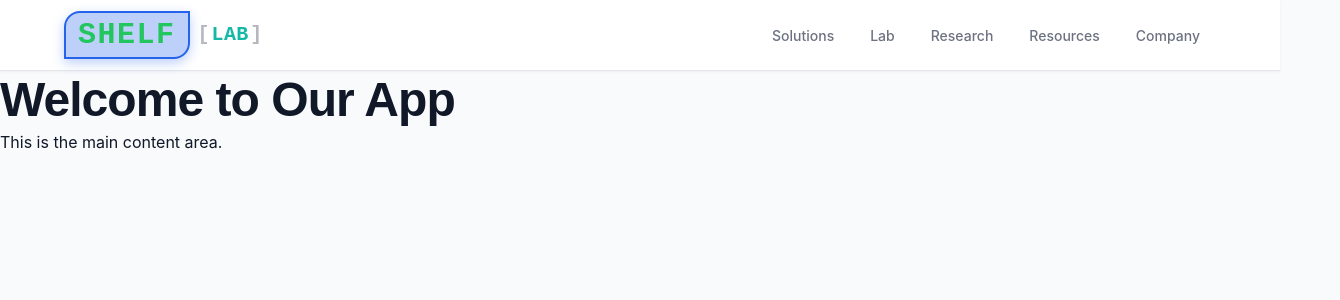
Repository: VladimirGagarin/shelf
Page: /
These files come from the project's save history. The page is drawn as it stood at one moment and after a run of saves; the edit follows.
The browser window is 1280 px wide. The page is 1340 px wide, so the pictures cover 1340 px, including what lies to the right of the window. The pictures show the whole page.
The project was rebuilt for these pictures with package versions that can differ from the ones it lists, and the page was loaded fresh each time. Also part of the build but not shown: vite.config.js, src/App.css, src/About/about.jsx.

Above is the page before, as saved 2026-07-13 18:42:21.

### index.html
<!doctype html>
<html lang="en">
  <head>
    <meta charset="UTF-8" />
    <link rel="icon" type="image/svg+xml" href="/favicon.svg" />
    <meta name="viewport" content="width=device-width, initial-scale=1.0" />
    <title>shelf-lab</title>
  </head>
  <body>
    <div id="root"></div>
    <script type="module" src="/src/main.jsx"></script>
  </body>
</html>

### src/main.jsx
import { StrictMode } from 'react'
import { createRoot } from 'react-dom/client'
import './index.css'
import App from './App.jsx'
import { createBrowserRouter, RouterProvider } from "react-router-dom";
import AboutPage from './About/about.jsx'

const router = createBrowserRouter([
  {
    path: "/",
    element: <App />,
  },
  {
    path: "/about",
    element: <AboutPage />,
  },
  {
    path:"*",
    element: <App/>,
  }
]);

createRoot(document.getElementById('root')).render(
  <StrictMode>
    <RouterProvider router={router} />
  </StrictMode>,
)

### src/index.css
/* ========================================
   CSS VARIABLES & THEME
   ======================================== */

:root {
  /* ===== COLORS ===== */
  /* Backgrounds */
  --bg-primary: #F8FAFC;
  --bg-surface: #FFFFFF;
  --bg-card: #FFFFFF;

  /* Primary */
  --color-primary: #2563EB;
  --color-primary-hover: #1D4ED8;

  /* Accent */
  --color-accent: #14B8A6;

  /* Text */
  --color-text: #111827;
  --color-text-secondary: #6B7280;

  /* Borders */
  --color-border: #E5E7EB;

  /* Status */
  --color-success: #22C55E;
  --color-warning: #F59E0B;
  --color-danger: #EF4444;

  /* ===== TYPOGRAPHY ===== */
  /* Font Families */
  --font-heading: 'Space Grotesk', 'Sora', sans-serif;
  --font-body: 'Inter', -apple-system, BlinkMacSystemFont, 'Segoe UI', Roboto, sans-serif;
  --font-code: 'JetBrains Mono', 'Fira Code', 'Cascadia Code', monospace;

  /* Font Sizes */
  --text-xs: 0.75rem;    /* 12px */
  --text-sm: 0.875rem;   /* 14px */
  --text-base: 1rem;     /* 16px */
  --text-lg: 1.125rem;   /* 18px */
  --text-xl: 1.25rem;    /* 20px */
  --text-2xl: 1.5rem;    /* 24px */
  --text-3xl: 1.875rem;  /* 30px */
  --text-4xl: 2.25rem;   /* 36px */
  --text-5xl: 3rem;      /* 48px */

  /* Font Weights */
  --font-light: 300;
  --font-regular: 400;
  --font-medium: 500;
  --font-semibold: 600;
  --font-bold: 700;
}

/* ===== DARK THEME ===== */
@media (prefers-color-scheme: dark) {
  :root {
    /* Backgrounds */
    --bg-primary: #0B1220;
    --bg-surface: #111827;
    --bg-card: #1E293B;

    /* Primary */
    --color-primary: #3B82F6;
    --color-primary-hover: #2563EB;

    /* Accent */
    --color-accent: #2DD4BF;

    /* Text */
    --color-text: #F8FAFC;
    --color-text-secondary: #CBD5E1;

    /* Borders */
    --color-border: #334155;

    /* Status */
    --color-success: #22C55E;
    --color-warning: #FBBF24;
    --color-danger: #F87171;
  }
}

/* ========================================
   GLOBAL STYLES
   ======================================== */

* {
  margin: 0;
  padding: 0;
  box-sizing: border-box;
}

body {
  font-family: var(--font-body);
  font-size: var(--text-base);
  font-weight: var(--font-regular);
  color: var(--color-text);
  background-color: var(--bg-primary);
  line-height: 1.6;
  -webkit-font-smoothing: antialiased;
  -moz-osx-font-smoothing: grayscale;
}

/* ========================================
   HEADINGS
   ======================================== */

h1, h2, h3, h4, h5, h6 {
  font-family: var(--font-heading);
  font-weight: var(--font-bold);
  color: var(--color-text);
  line-height: 1.2;
  letter-spacing: -0.02em;
}

h1 {
  font-size: var(--text-5xl);
  font-weight: var(--font-bold);
}

h2 {
  font-size: var(--text-4xl);
  font-weight: var(--font-bold);
}

h3 {
  font-size: var(--text-3xl);
  font-weight: var(--font-semibold);
}

h4 {
  font-size: var(--text-2xl);
  font-weight: var(--font-semibold);
}

h5 {
  font-size: var(--text-xl);
  font-weight: var(--font-semibold);
}

h6 {
  font-size: var(--text-lg);
  font-weight: var(--font-semibold);
}

/* ========================================
   PARAGRAPHS & BODY TEXT
   ======================================== */

p {
  font-family: var(--font-body);
  font-size: var(--text-base);
  font-weight: var(--font-regular);
  color: var(--color-text);
  line-height: 1.7;
  margin-bottom: 1rem;
}

/* Text utilities */
.text-secondary {
  color: var(--color-text-secondary);
}

.text-sm {
  font-size: var(--text-sm);
}

.text-xs {
  font-size: var(--text-xs);
}

.text-lg {
  font-size: var(--text-lg);
}

.text-xl {
  font-size: var(--text-xl);
}

/* ========================================
   CODE & MONOSPACE
   ======================================== */

code,
kbd,
samp,
pre {
  font-family: var(--font-code);
  font-size: 0.9em;
  font-weight: var(--font-regular);
  color: var(--color-text);
}

/* Inline code */
code:not(pre code) {
  background-color: var(--bg-card);
  padding: 0.2em 0.4em;
  border-radius: 0.25rem;
  border: 1px solid var(--color-border);
  font-size: 0.85em;
  color: var(--color-primary);
}

/* Code blocks */
pre {
  background-color: var(--bg-card);
  padding: 1.25rem 1.5rem;
  border-radius: 0.5rem;
  border: 1px solid var(--color-border);
  overflow-x: auto;
  margin: 1.25rem 0;
  line-height: 1.6;
}

pre code {
  background: none;
  padding: 0;
  border: none;
  color: var(--color-text);
  font-size: 0.9rem;
}

/* ========================================
   LINKS
   ======================================== */

a {
  color: var(--color-primary);
  text-decoration: none;
  transition: color 0.2s ease;
}

a:hover {
  color: var(--color-primary-hover);
  text-decoration: underline;
}

/* ========================================
   BUTTONS
   ======================================== */

button,
.button {
  font-family: var(--font-body);
  font-weight: var(--font-medium);
  background-color: var(--color-primary);
  color: #FFFFFF;
  padding: 0.625rem 1.5rem;
  border: none;
  border-radius: 0.375rem;
  cursor: pointer;
  transition: background-color 0.2s ease;
}

button:hover,
.button:hover {
  background-color: var(--color-primary-hover);
}

/* ========================================
   CARDS
   ======================================== */

.card {
  background-color: var(--bg-card);
  border: 1px solid var(--color-border);
  border-radius: 0.5rem;
  padding: 1.5rem;
  box-shadow: 0 1px 3px rgba(0, 0, 0, 0.05);
}

/* ========================================
   UTILITY CLASSES
   ======================================== */

/* Container */
.container {
  max-width: 1200px;
  margin: 0 auto;
  padding: 0 1.5rem;
}

/* Text alignment */
.text-center { text-align: center; }
.text-left { text-align: left; }
.text-right { text-align: right; }

/* Font family utilities */
.font-heading { font-family: var(--font-heading); }
.font-body { font-family: var(--font-body); }
.font-code { font-family: var(--font-code); }

/* Font weight utilities */
.font-light { font-weight: var(--font-light); }
.font-regular { font-weight: var(--font-regular); }
.font-medium { font-weight: var(--font-medium); }
.font-semibold { font-weight: var(--font-semibold); }
.font-bold { font-weight: var(--font-bold); }

/* Color utilities */
.text-primary { color: var(--color-primary); }
.text-accent { color: var(--color-accent); }
.text-success { color: var(--color-success); }
.text-warning { color: var(--color-warning); }
.text-danger { color: var(--color-danger); }

/* Background utilities */
.bg-primary { background-color: var(--bg-primary); }
.bg-surface { background-color: var(--bg-surface); }
.bg-card { background-color: var(--bg-card); }

/* Border utilities */
.border { border: 1px solid var(--color-border); }
.border-top { border-top: 1px solid var(--color-border); }
.border-bottom { border-bottom: 1px solid var(--color-border); }

/* ========================================
   SORA FALLBACK (if Space Grotesk unavailable)
   ======================================== */

@supports (font-variation-settings: normal) {
  /* Space Grotesk is variable, so it will load if available */
  h1, h2, h3, h4, h5, h6 {
    font-family: 'Space Grotesk', 'Sora', sans-serif;
  }
}

/* ========================================
   PRINT STYLES
   ======================================== */

@media print {
  body {
    background-color: #FFFFFF;
    color: #000000;
  }

  .card {
    border: 1px solid #ddd;
    box-shadow: none;
  }

  a {
    color: #000000;
  }
}

/* ========================================
   RESPONSIVE ADJUSTMENTS
   ======================================== */

@media (max-width: 768px) {
  h1 { font-size: var(--text-4xl); }
  h2 { font-size: var(--text-3xl); }
  h3 { font-size: var(--text-2xl); }
  h4 { font-size: var(--text-xl); }
  h5 { font-size: var(--text-lg); }
  h6 { font-size: var(--text-base); }

  body {
    font-size: var(--text-sm);
  }

  .container {
    padding: 0 1rem;
  }

  pre {
    padding: 1rem;
    font-size: 0.8rem;
  }
}

@media (max-width: 480px) {
  h1 { font-size: var(--text-3xl); }
  h2 { font-size: var(--text-2xl); }
  h3 { font-size: var(--text-xl); }

  .card {
    padding: 1rem;
  }
}

### src/App.jsx
import Navbar from "./Shared/components/Navbar"
import './App.css'

function App() {


  return (
    <>
      <Navbar />
      <section className="LandingPage">
        <h1>Welcome to Our App</h1>
        <p>This is the main content area.</p>
      </section>
      <section className="LandingPage"></section>
    </>
  )
}

export default App

### src/Shared/components/Navbar.jsx
import "./Navbar.css";
import { FaBars, FaTimes } from "react-icons/fa";
import { useState, useEffect, useRef } from "react";

export default function Navbar() {
  const [isMobile, setIsMobile] = useState(window.innerWidth <= 768);
  const [isMenuOpen, setIsMenuOpen] = useState(false);
  const menuRef = useRef(null);
  const buttonRef = useRef(null);

  // Handle window resize
  useEffect(() => {
    const handleResize = () => {
      const mobile = window.innerWidth <= 768;
      setIsMobile(mobile);
      if (!mobile) setIsMenuOpen(false); // Close menu on desktop
    };

    window.addEventListener("resize", handleResize);
    return () => window.removeEventListener("resize", handleResize);
  }, []);

  // Handle click outside to close menu
  useEffect(() => {
    const handleClickOutside = (event) => {
      if (
        isMenuOpen &&
        menuRef.current &&
        !menuRef.current.contains(event.target) &&
        !buttonRef.current.contains(event.target)
      ) {
        setIsMenuOpen(false);
      }
    };

    document.addEventListener("mousedown", handleClickOutside);
    return () => document.removeEventListener("mousedown", handleClickOutside);
  }, [isMenuOpen]);

  // Handle escape key to close menu
  useEffect(() => {
    const handleEscape = (event) => {
      if (isMenuOpen && event.key === "Escape") {
        setIsMenuOpen(false);
      }
    };

    document.addEventListener("keydown", handleEscape);
    return () => document.removeEventListener("keydown", handleEscape);
  }, [isMenuOpen]);

  // Prevent body scroll when menu is open on mobile
  useEffect(() => {
    if (isMenuOpen && isMobile) {
      document.body.style.overflow = "hidden";
    } else {
      document.body.style.overflow = "unset";
    }
    return () => {
      document.body.style.overflow = "unset";
    };
  }, [isMenuOpen, isMobile]);

  const toggleMenu = () => {
    setIsMenuOpen(!isMenuOpen);
  };

  const navItems = [
    {
      title: "Solutions",
      children: [
        { label: "Services", link: "/services" },
        { label: "Industries", link: "/industries" },
        { label: "Case Studies", link: "/case-studies" },
        { label: "Request Solution", link: "/request" },
      ],
    },
    {
      title: "Lab",
      children: [
        { label: "Algorithms", link: "/algorithms" },
        { label: "Experiments", link: "/experiments" },
        { label: "Challenges", link: "/challenges" },
        { label: "Demos", link: "/demos" },
      ],
    },
    {
      title: "Research",
      children: [
        { label: "Research Lab", link: "/research" },
        { label: "Benchmarks", link: "/benchmarks" },
        { label: "Publications", link: "/publications" },
      ],
    },
    {
      title: "Resources",
      children: [
        { label: "Blog", link: "/blog" },
        { label: "Tutorials", link: "/tutorials" },
        { label: "Documentation", link: "/docs" },
      ],
    },
    {
      title: "Company",
      children: [
        { label: "About", link: "/about" },
        { label: "Careers", link: "/careers" },
        { label: "Contact", link: "/contact" },
      ],
    },
  ];

  return (
    <>
      <nav className="navbar" role="navigation" aria-label="Main navigation">
        <div className="navbar-container">
          {/* Logo */}
          <div className="nav-logo">
            <a href="/" aria-label="ShelfLab Home">
              <h2 className="hero-title">
                <span className="shelf-box">SHELF</span>
                <span className="lab-text">LAB</span>
              </h2>
            </a>
          </div>

          {/* Desktop Menu */}
          {!isMobile && (
            <div className="nav-menu">
              <ul className="nav-list">
                {navItems.map((item, index) => (
                  <li key={index} className="nav-item">
                    <button
                      className="nav-link"
                      aria-haspopup="true"
                      aria-expanded="false"
                    >
                      {item.title}
                    </button>
                    <ul className="dropdown-menu">
                      {item.children.map((child, childIndex) => (
                        <li key={childIndex}>
                          <a href={child.link} className="dropdown-link">
                            {child.label}
                          </a>
                        </li>
                      ))}
                    </ul>
                  </li>
                ))}
              </ul>
            </div>
          )}

          {/* Mobile Menu Button */}
          {isMobile && (
            <button
              ref={buttonRef}
              className="menu-toggle"
              onClick={toggleMenu}
              aria-label={isMenuOpen ? "Close menu" : "Open menu"}
              aria-expanded={isMenuOpen}
              aria-controls="mobile-menu"
            >
              {isMenuOpen ? <FaTimes /> : <FaBars />}
            </button>
          )}
        </div>
      </nav>

      {/* Mobile Menu Overlay */}
      {isMobile && (
        <div
          id="mobile-menu"
          ref={menuRef}
          className={`mobile-menu ${isMenuOpen ? "open" : ""}`}
          role="dialog"
          aria-modal="true"
          aria-label="Mobile navigation"
        >
          <div className="mobile-menu-content">
            <ul className="mobile-nav-list">
              {navItems.map((item, index) => (
                <li key={index} className="mobile-nav-item">
                  <div className="mobile-nav-header">
                    <span>{item.title}</span>
                  </div>
                  <ul className="mobile-submenu">
                    {item.children.map((child, childIndex) => (
                      <li key={childIndex}>
                        <a
                          href={child.link}
                          className="mobile-nav-link"
                          onClick={() => setIsMenuOpen(false)}
                        >
                          {child.label}
                        </a>
                      </li>
                    ))}
                  </ul>
                </li>
              ))}
            </ul>
          </div>
        </div>
      )}
    </>
  );
}

### src/Shared/components/Navbar.css
:root {
  /* ===== COLORS ===== */
  /* Backgrounds */
  --bg-primary: #F8FAFC;
  --bg-surface: #FFFFFF;
  --bg-card: #FFFFFF;

  /* Primary */
  --color-primary: #2563EB;
  --color-primary-hover: #1D4ED8;

  /* Accent */
  --color-accent: #14B8A6;

  /* Text */
  --color-text: #111827;
  --color-text-secondary: #6B7280;

  /* Borders */
  --color-border: #E5E7EB;

  /* Status */
  --color-success: #22C55E;
  --color-warning: #F59E0B;
  --color-danger: #EF4444;

  /* ===== TYPOGRAPHY ===== */
  /* Font Families */
  --font-heading: 'Space Grotesk', 'Sora', sans-serif;
  --font-body: 'Inter', -apple-system, BlinkMacSystemFont, 'Segoe UI', Roboto, sans-serif;
  --font-code: 'JetBrains Mono', 'Fira Code', 'Cascadia Code', monospace;

  /* Font Sizes */
  --text-xs: 0.75rem;    /* 12px */
  --text-sm: 0.875rem;   /* 14px */
  --text-base: 1rem;     /* 16px */
  --text-lg: 1.125rem;   /* 18px */
  --text-xl: 1.25rem;    /* 20px */
  --text-2xl: 1.5rem;    /* 24px */
  --text-3xl: 1.875rem;  /* 30px */
  --text-4xl: 2.25rem;   /* 36px */
  --text-5xl: 3rem;      /* 48px */

  /* Font Weights */
  --font-light: 300;
  --font-regular: 400;
  --font-medium: 500;
  --font-semibold: 600;
  --font-bold: 700;
}

/* ===== DARK THEME ===== */
@media (prefers-color-scheme: dark) {
  :root {
    /* Backgrounds */
    --bg-primary: #0B1220;
    --bg-surface: #111827;
    --bg-card: #1E293B;

    /* Primary */
    --color-primary: #3B82F6;
    --color-primary-hover: #2563EB;

    /* Accent */
    --color-accent: #2DD4BF;

    /* Text */
    --color-text: #F8FAFC;
    --color-text-secondary: #CBD5E1;

    /* Borders */
    --color-border: #334155;

    /* Status */
    --color-success: #22C55E;
    --color-warning: #FBBF24;
    --color-danger: #F87171;
  }
}

/* Navbar.css */

/* ========================================
   NAVBAR STYLES
   ======================================== */

.navbar {
  position: sticky;
  top: 0;
  z-index: 1000;
  background-color: var(--bg-surface);
  border-bottom: 1px solid var(--color-border);
  box-shadow: 0 1px 3px rgba(0, 0, 0, 0.05);
  transition: background-color 0.3s ease, border-color 0.3s ease;
}

.navbar-container {
  max-width: 1200px;
  margin: 0 auto;
  padding: 0 1.5rem;
  display: flex;
  justify-content: space-between;
  align-items: center;
  height: 70px;
}

/* ========================================
   LOGO
   ======================================== */

.nav-logo a {
  text-decoration: none;
  color: var(--color-text);
  font-family: var(--font-heading);
  transition: color 0.2s ease;
}

.nav-logo a:focus-visible {
  outline: 2px solid var(--color-primary);
  outline-offset: 2px;
  border-radius: 4px;
}

.nav-logo h2 {
  font-size: var(--text-xl);
  font-weight: var(--font-bold);
  color: var(--color-primary);
  margin: 0;
  letter-spacing: -0.02em;
  transition: color 0.2s ease;
}

.nav-logo h2:hover {
  color: var(--color-primary-hover);
}

/* ========================================
   DESKTOP MENU
   ======================================== */

.nav-menu {
  display: flex;
  align-items: center;
}

.nav-list {
  display: flex;
  list-style: none;
  gap: 0.25rem;
  margin: 0;
  padding: 0;
}

.nav-item {
  position: relative;
}

.nav-link {
  background: none;
  border: none;
  font-family: var(--font-body);
  font-size: var(--text-sm);
  font-weight: var(--font-medium);
  color: var(--color-text-secondary);
  padding: 0.625rem 1rem;
  border-radius: 0.375rem;
  cursor: pointer;
  transition: all 0.2s ease;
  position: relative;
}

.nav-link::after {
  content: '';
  position: absolute;
  bottom: 0;
  left: 50%;
  transform: translateX(-50%);
  width: 0;
  height: 2px;
  background-color: var(--color-primary);
  transition: width 0.2s ease;
}

.nav-link:hover {
  color: var(--color-text);
  background-color: var(--bg-primary);
}

.nav-link:hover::after {
  width: 60%;
}

.nav-link:focus-visible {
  outline: 2px solid var(--color-primary);
  outline-offset: 2px;
}

/* ========================================
   DROPDOWN MENU
   ======================================== */

.dropdown-menu {
  position: absolute;
  top: calc(100% + 0.5rem);
  left: 0;
  min-width: 220px;
  background-color: var(--bg-card);
  border: 1px solid var(--color-border);
  border-radius: 0.5rem;
  padding: 0.5rem;
  list-style: none;
  opacity: 0;
  visibility: hidden;
  transform: translateY(-10px);
  transition: all 0.2s cubic-bezier(0.4, 0, 0.2, 1);
  box-shadow: 0 10px 25px rgba(0, 0, 0, 0.08);
}

.nav-item:hover .dropdown-menu {
  opacity: 1;
  visibility: visible;
  transform: translateY(0);
}

/* For touch devices - keep dropdown open on click */
.nav-item.dropdown-open .dropdown-menu {
  opacity: 1;
  visibility: visible;
  transform: translateY(0);
}

.dropdown-link {
  display: block;
  padding: 0.625rem 0.875rem;
  color: var(--color-text-secondary);
  text-decoration: none;
  font-family: var(--font-body);
  font-size: var(--text-sm);
  font-weight: var(--font-regular);
  border-radius: 0.25rem;
  transition: all 0.2s ease;
}

.dropdown-link:hover {
  background-color: var(--bg-primary);
  color: var(--color-text);
}

.dropdown-link:focus-visible {
  outline: 2px solid var(--color-primary);
  outline-offset: 2px;
}

/* ========================================
   MOBILE MENU TOGGLE BUTTON
   ======================================== */

.menu-toggle {
  background: none;
  border: none;
  color: var(--color-text);
  font-size: var(--text-xl);
  padding: 0.5rem;
  cursor: pointer;
  display: flex;
  align-items: center;
  justify-content: center;
  border-radius: 0.375rem;
  transition: all 0.2s ease;
  width: 44px;
  height: 44px;
}

.menu-toggle:hover {
  background-color: var(--bg-primary);
  color: var(--color-primary);
}

.menu-toggle:focus-visible {
  outline: 2px solid var(--color-primary);
  outline-offset: 2px;
}

/* ========================================
   MOBILE MENU OVERLAY
   ======================================== */

.mobile-menu {
  position: fixed;
  top: 70px;
  right: 0;
  bottom: 0;
  width: 100%;
  max-width: 400px;
  background-color: var(--bg-surface);
  box-shadow: -5px 0 25px rgba(0, 0, 0, 0.1);
  transform: translateX(100%);
  transition: transform 0.3s cubic-bezier(0.4, 0, 0.2, 1);
  overflow-y: auto;
  z-index: 999;
  border-left: 1px solid var(--color-border);
}

.mobile-menu.open {
  transform: translateX(0);
}

/* Backdrop overlay */
.mobile-menu-backdrop {
  position: fixed;
  top: 0;
  left: 0;
  right: 0;
  bottom: 0;
  background-color: rgba(0, 0, 0, 0.5);
  opacity: 0;
  visibility: hidden;
  transition: all 0.3s ease;
  z-index: 998;
}

.mobile-menu-backdrop.open {
  opacity: 1;
  visibility: visible;
}

.mobile-menu-content {
  padding: 1.5rem;
  height: 100%;
  overflow-y: auto;
}

/* Scrollbar styling for mobile menu */
.mobile-menu-content::-webkit-scrollbar {
  width: 6px;
}

.mobile-menu-content::-webkit-scrollbar-track {
  background: var(--bg-primary);
}

.mobile-menu-content::-webkit-scrollbar-thumb {
  background: var(--color-border);
  border-radius: 3px;
}

.mobile-menu-content::-webkit-scrollbar-thumb:hover {
  background: var(--color-text-secondary);
}

.mobile-nav-list {
  list-style: none;
  padding: 0;
  margin: 0;
}

.mobile-nav-item {
  border-bottom: 1px solid var(--color-border);
  padding: 0;
}

.mobile-nav-item:last-child {
  border-bottom: none;
}

.mobile-nav-header {
  display: flex;
  align-items: center;
  justify-content: space-between;
  padding: 0.875rem 0;
  font-family: var(--font-heading);
  font-weight: var(--font-semibold);
  color: var(--color-text);
  font-size: var(--text-base);
  cursor: default;
}

.mobile-nav-header span {
  display: flex;
  align-items: center;
  gap: 0.5rem;
}

.mobile-submenu {
  list-style: none;
  padding: 0;
  margin: 0 0 0.75rem 0;
}

.mobile-nav-link {
  display: block;
  padding: 0.625rem 0.875rem;
  color: var(--color-text-secondary);
  text-decoration: none;
  font-family: var(--font-body);
  font-size: var(--text-sm);
  font-weight: var(--font-regular);
  border-radius: 0.25rem;
  transition: all 0.2s ease;
}

.mobile-nav-link:hover {
  background-color: var(--bg-primary);
  color: var(--color-text);
}

.mobile-nav-link:focus-visible {
  outline: 2px solid var(--color-primary);
  outline-offset: 2px;
}

/* ========================================
   RESPONSIVE ADJUSTMENTS
   ======================================== */

@media (max-width: 768px) {
  .navbar-container {
    padding: 0 1rem;
    height: 60px;
  }

  .nav-logo h2 {
    font-size: var(--text-lg);
  }

  .mobile-menu {
    top: 60px;
    max-width: 100%;
  }

  .mobile-menu-content {
    padding: 1.25rem;
  }
}

@media (max-width: 480px) {
  .navbar-container {
    padding: 0 0.75rem;
    height: 56px;
  }

  .nav-logo h2 {
    font-size: var(--text-base);
  }

  .mobile-menu-content {
    padding: 1rem;
  }

  .mobile-nav-header {
    font-size: var(--text-sm);
    padding: 0.75rem 0;
  }

  .mobile-nav-link {
    font-size: var(--text-xs);
    padding: 0.5rem 0.75rem;
  }
}

/* ========================================
   ANIMATIONS
   ======================================== */

@keyframes slideDown {
  from {
    opacity: 0;
    transform: translateY(-10px);
  }
  to {
    opacity: 1;
    transform: translateY(0);
  }
}

@keyframes slideUp {
  from {
    opacity: 1;
    transform: translateY(0);
  }
  to {
    opacity: 0;
    transform: translateY(-10px);
  }
}

.dropdown-menu {
  animation: slideDown 0.2s ease forwards;
}

/* ========================================
   ACCESSIBILITY
   ======================================== */

/* Skip to main content link */
.skip-to-main {
  position: absolute;
  top: -100%;
  left: 50%;
  transform: translateX(-50%);
  background: var(--color-primary);
  color: white;
  padding: 0.75rem 1.5rem;
  border-radius: 0.375rem;
  font-family: var(--font-body);
  font-weight: var(--font-medium);
  z-index: 1001;
  transition: top 0.3s ease;
}

.skip-to-main:focus {
  top: 0.5rem;
}

/* Reduce motion preferences */
@media (prefers-reduced-motion: reduce) {
  .dropdown-menu,
  .mobile-menu,
  .mobile-menu-backdrop,
  .nav-link::after,
  .nav-link,
  .dropdown-link,
  .mobile-nav-link {
    transition: none !important;
    animation: none !important;
  }
}

/* High contrast mode support */
@media (prefers-contrast: high) {
  .navbar {
    border-bottom: 2px solid var(--color-text);
  }

  .dropdown-menu {
    border: 2px solid var(--color-text);
  }

  .nav-link::after {
    height: 3px;
  }
}

/* ========================================
   DARK THEME SPECIFIC OVERRIDES
   ======================================== */

@media (prefers-color-scheme: dark) {
  .navbar {
    box-shadow: 0 1px 3px rgba(0, 0, 0, 0.3);
  }

  .dropdown-menu {
    box-shadow: 0 10px 25px rgba(0, 0, 0, 0.4);
  }

  .mobile-menu {
    box-shadow: -5px 0 25px rgba(0, 0, 0, 0.4);
  }

  .mobile-menu-backdrop {
    background-color: rgba(0, 0, 0, 0.7);
  }

  .mobile-menu-content::-webkit-scrollbar-track {
    background: var(--bg-surface);
  }

  .mobile-menu-content::-webkit-scrollbar-thumb {
    background: var(--color-border);
  }
}

/* ========================================
   UTILITY CLASSES FOR DYNAMIC STATES
   ======================================== */

.navbar.scrolled {
  box-shadow: 0 2px 8px rgba(0, 0, 0, 0.08);
}

.navbar.hidden {
  transform: translateY(-100%);
  transition: transform 0.3s ease;
}

.navbar.visible {
  transform: translateY(0);
  transition: transform 0.3s ease;
}

/* Active state for current page */
.nav-link.active {
  color: var(--color-primary);
  font-weight: var(--font-semibold);
}

.nav-link.active::after {
  width: 60%;
}

.dropdown-link.active {
  color: var(--color-primary);
  background-color: var(--bg-primary);
  font-weight: var(--font-medium);
}

Loaded but not shown: src/About/about.css (1058 lines, source omitted)

After the next 2 saves:
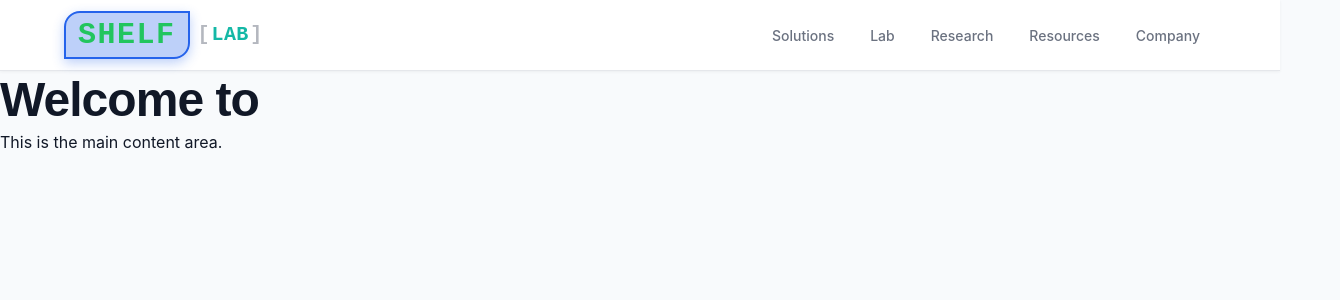
The 2 saves are shown as one change because they came seconds apart.
The last was saved 3 min 37 s later.
--- a/src/App.jsx
+++ b/src/App.jsx
@@ -8,7 +8,7 @@
     <>
       <Navbar />
       <section className="LandingPage">
-        <h1>Welcome to Our App</h1>
+        <h1>Welcome to  </h1>
         <p>This is the main content area.</p>
       </section>
       <section className="LandingPage"></section>
